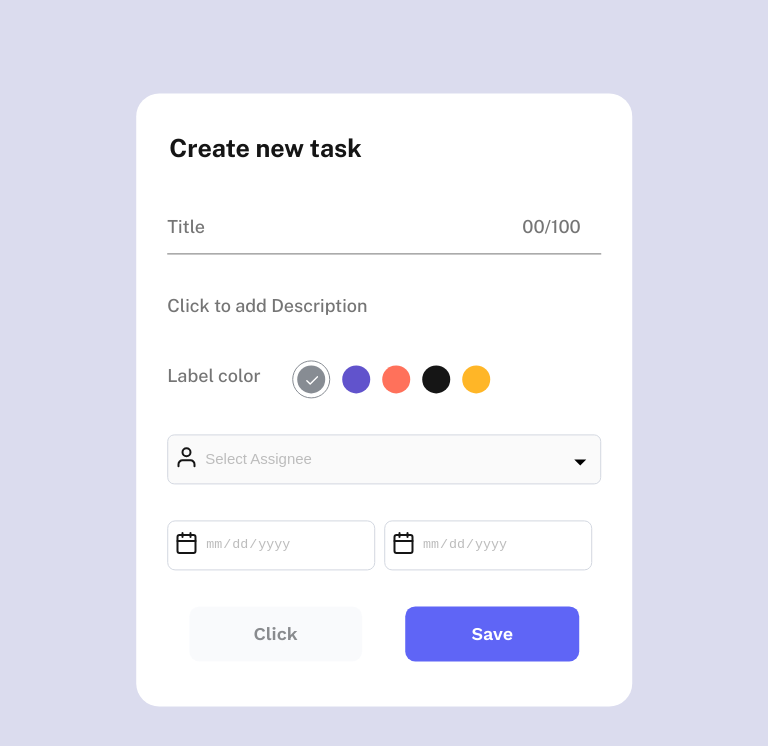
Repository: MorgunovaAlexandra/verstka-form
Page: index.html
An editor plug-in stored every save of this project. The page is shown before and after a run of saves, followed by the edit.
The browser window is 768 px wide. The pictures show the whole page.
The style sheet was rebuilt from its Sass, Less or Tailwind sources for each picture, by a compiler version that may differ from the author's.

Above is the page before, as saved 2022-06-24 17:12:44.

### index.html
<!DOCTYPE html>
<html lang="ru">
<head>
    <meta charset="UTF-8">
    <meta http-equiv="X-UA-Compatible" content="IE=edge">
    <meta name="viewport" content="width=device-width, initial-scale=1.0">
    <link rel="stylesheet" href="./css/style.css">
    <title>Document</title>
</head>
<body>
    <div class="wrapper">
       <form class="form">

           <div class="fieldset">
            <legend><b>Create new task</b></legend>
            <div class="form__container __container">
            <div class="text-field">
                <input class="text-field__input" type="text" name="firstname" id="firstname" value=""
                >
                <label class="text-field__label" for="username">Title</label>
                <label class="text-field__label2" for="username">00/100</label>
              </div>
              <div class="form-field__text">Click to add Description</div>
              <div class="form-fied__color field-color">
                  <div class="field-color__text">Label color</div>
                  <div class="field-color__color circle">
                      <div class="circle__border">
                          <div class="circle__color grey">
                              <img class="circle__img" src="./img/done.svg">
                          </div>
                      </div>
                      <div class="circle__color purple"></div>
                      <div class="circle__color red"></div>
                      <div class="circle__color black"></div>
                      <div class="circle__color yellow"></div>
                  </div>
              </div>
              <div class="form-field__select">
                  <div class="select__arrow">
                    <select name="select-category" id="" class="select">
                        <option value="1">Select Assignee</option>
                        <option value="2">Select Assignee</option>
                        <option value="3">Select Assignee</option>
                      </select>
                  </div>
              </div>
              <div class="form-field__date">
                  <div class="data-form">
                    <input class="input" type="date"></input>
                  </div>
                  <div class="data-form">
                    <input class="input" type="date"></input>
                  </div>
              </div>
              <div class="form-field__sibmit submit">
                  <input class="submit__click" type="submit" value="Click">
                  <input class="submit__click save-blue" type="submit" value="Save">
              </div>

              <!-- <div class="form-field__date">
                <div class="form-group">
                    <div class="input-group" id="datetimepicker2">
                      <input type="text" class="form-control" />

                    </div>
                  </div>
              </div> -->
              </div>
           </div>
        </form>
    </div>

    <script src="./script.js"></script>
</body>
</html>

### script.js
 document.getElementById ('firstname').onkeydown=keyDown

function keyDown(){
    let str=document.getElementById ('firstname').value;

    console.log(str.length)
    document.querySelector('.text-field__label2').innerHTML=`${str.length}/100`
}

### scss/style.scss
@import "variables";
@import "mixins";
@import url('https://fonts.googleapis.com/css2?family=Public+Sans:wght@500;700&display=swap');
@import url('https://fonts.googleapis.com/css2?family=Work+Sans:wght@600&display=swap');
body {
   background-color: $ColorBody;
   font-family:$fontFamily ;
   font-weight: $fontWaight;
   line-height: $lineHeight;
   font-size: $fontSize;
   color:$ColorGrey;
}
.__container{
    padding-left: 31px;
    padding-right: 31px;
}
.form{
    width: 495.55px;
    height: 613.21px;
    background-color: white;
    border-radius: 23px;
     box-sizing: border-box;
    position: fixed; top: 50%; left: 50%;
    -webkit-transform: translate(-50%, -50%);
    -ms-transform: translate(-50%, -50%);
    transform: translate(-50%, -50%);
}
legend{
    margin-top: 40px;
    margin-left: 31px;
    font-weight: 700;
    font-size: 25px;
    color:$ColorBlack;
}
.text-field{
    position: relative;
    display: flex;
    justify-content: center;
    margin-top: 46px;
    margin-bottom: 36px;

}
.text-field__input{
    width: 100%;
    height: 40px;
    border: none;
    border-bottom: 1px solid $ColorGrey ;
    padding-left: 60px;
    color:#566789;
    font-size: 18px;
 }

.text-field__input:focus + .text-field__label{
  top:-23px;
}
.text-field__label{
   position: absolute;
   left: 0px;


}
.text-field__label2{
    position: absolute;
    right: 20px;
}
.form-field__text{
    margin-bottom: 38px;
}
.form-fied__color{
    display: flex;
    justify-content: flex-start;
    margin-bottom: 36px;
}
.field-color__text{
margin-right: 32px;
}
.field-color__color{
    display: flex;
   align-items: center;
}

.circle__border{
    position: relative;
    width: 36px;
    height: 36px;
    border-radius: 50%;
    border: 1px solid #878C93;
}
.grey{
    position: absolute;
    width: 28px;
    height: 28px;
    top:4px;
    left: 4px;
    border-color: #878C93;
    border-radius: 50%;
    z-index: 30;

    background-color:
    #878C93;
}
.circle__img{
    position: absolute;
    top:10px;
    left: 8px;
}
.circle__color{
    width: 28px;
    height: 28px;
    border-radius: 50%;
    margin-right:12px ;
}
.purple{
    background-color: #6153CC;
    margin-left: 12px;
}
.red{
    background-color:#FF715B;
}
.black{
    background-color:$ColorBlack;
}
.yellow{
    background-color:#FFB627;
    margin-right:0px ;
}
.select{
    appearance: none;
    border: 1px solid #566789;
    opacity: 26%;
    width: 100%;
    height: 50px;
    border-radius: 7px;
    cursor: pointer;
    padding-left: 37px;
    padding-top: 15px;
    padding-bottom: 16px;
    padding-right: 35px;
    font-size: 15px;

}
.select__arrow{
    position: relative;
}
.select__arrow::after{
content: "";
position: absolute;
top:50%;
right: 15px;
transform: translateY(-50%);
display: block;
width: 12px;
height: 6px;

pointer-events: none;

width: 0;
height: 0;
border-style: solid;
border-width: 6px 6px 0 6px;
border-color: #000000 transparent transparent transparent;
border-style: inset;
-webkit-transform:rotate(360deg);


}
.select__arrow::before{
content: "";
position: absolute;
top:20%;
left: 7px;
background: no-repeat url("../img/user.svg");
width: 34px;
height: 30px;
display: block;
z-index: 44;

}
.data-form{
    margin-top: 36px;
    margin-bottom: 36px;
    position: relative;
    width: 100%;
}
.form-field__date{
    display: flex;
    justify-content: space-between;

}
.data-form::before{
    content: "";
    position: absolute;
    top:20%;
    left: 7px;
    background: no-repeat url("../img/calendar.svg");
    width: 34px;
    height: 30px;
    display: block;
    z-index: 44;

}
.input{
    box-sizing: border-box;
    width: 96%;
    height: 50px;
    border: 1px solid #566789;
    opacity: 26%;
    border-radius: 7.86px;
    padding-left:37px ;
}

.input::-webkit-calendar-picker-indicator{
        display: none;
    }

.input[type="date"]::-webkit-input-placeholder{
        visibility: hidden !important;
    }



.submit__click{
   color:$colorBlackGray;
    opacity: 50%;
    font-weight: 600;
    font-size: 18px;
    font-family: 'Work Sans', sans-serif;
    background-color: #F5F7FB;
    }

.form-field__sibmit{
    display: flex;
    justify-content: space-around;
}
.submit__click{
    width: 40%;
    height: 55px;
    border-radius: 10px;
    border: none

}
.save-blue{
    background-color: #5F65F6;
    opacity: 100%;
    color:white;
}



/* media for 768*/
@media(max-width:768px){
    .form{
    width: 495.55px;
    height: 613.21px;
    }
}

### scss/variables.scss
$bgColor: green;
$fontFamily:'Public Sans', sans-serif;
$fontWaight:500;
$fontSize:18px;
$lineHeight:31.86px;
$ColorBody:#DBDCEE;
$ColorBlack:#151515;
$ColorGrey:#757575;
$colorBlackGray: #151920

### scss/mixins.scss
@mixin vov($color) {
    font-size: 30px;
    background-color:$color ;
}

After the next 2 saves:
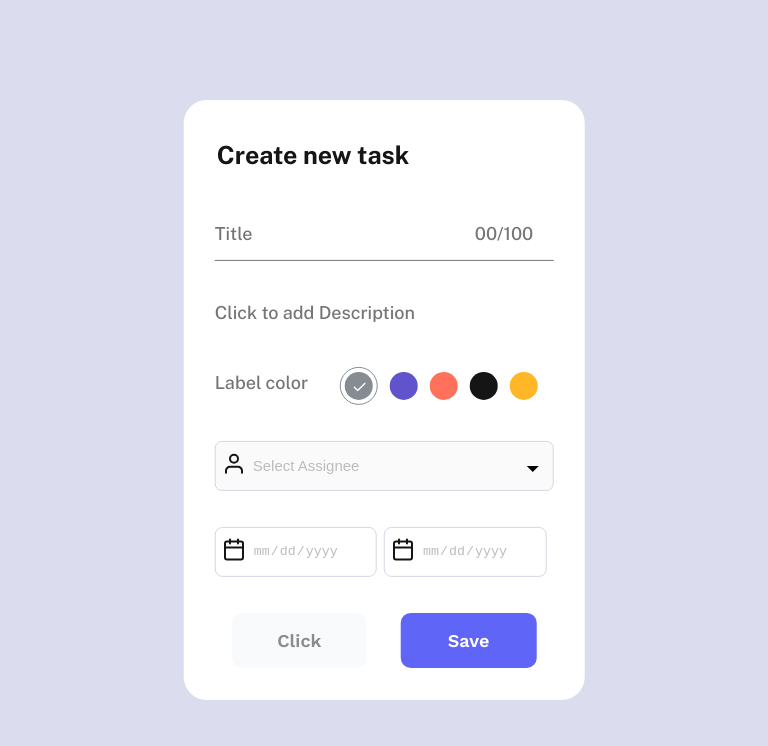
The 2 saves are shown as one change because they came seconds apart.
The last was saved 5 s later.
--- a/scss/style.scss
+++ b/scss/style.scss
@@ -250,7 +250,7 @@ z-index: 44;
 /* media for 768*/
 @media(max-width:768px){
     .form{
-    width: 495.55px;
-    height: 613.21px;
-    }
-}
+    width: 400.55px;
+    height: 600.21px;
+    }
+}
